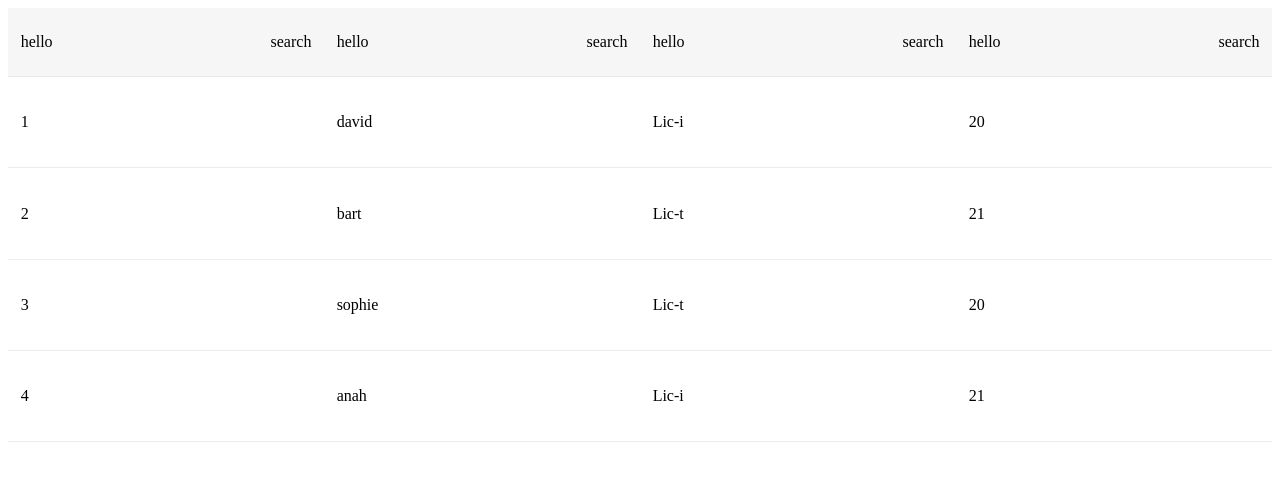
Repository: mrDav90/simple-htmlTable-generator
Page: index.html
The author's editor kept a copy of each file at every save. The page is drawn from the files as they stood at one save, then again after the next save.
The browser window is 1280 px wide. The pictures show the whole page.

Above is the page before, as saved 2022-08-09 18:07:47.

After the next save:
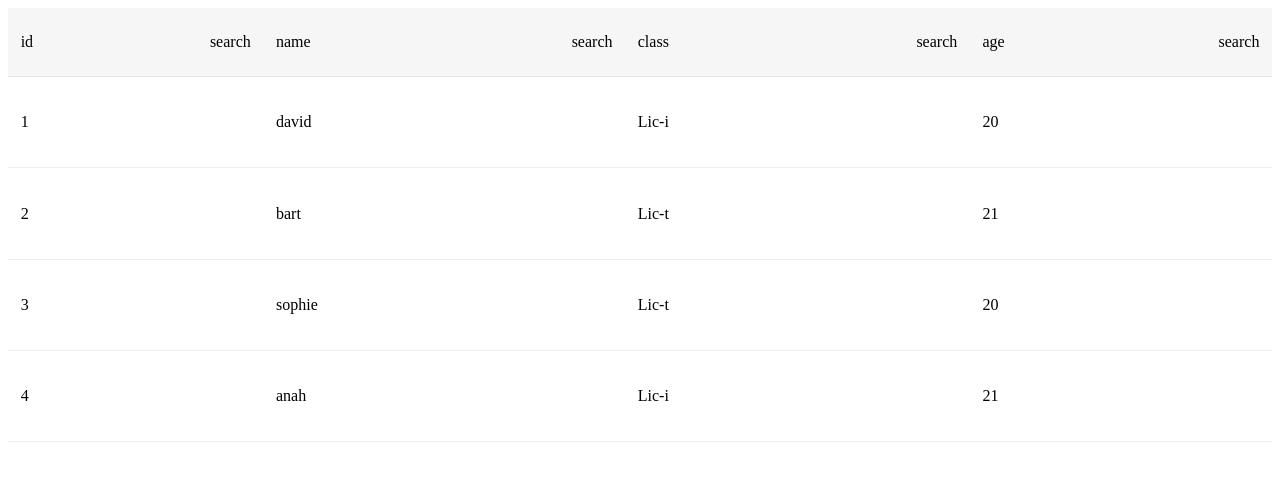
Saved 28 s later.
--- a/table.js
+++ b/table.js
@@ -35,7 +35,7 @@ document.addEventListener("DOMContentLoaded" , ()=> {
             div.style.display = "flex"
             div.style.justifyContent = "space-between"
             div1 = document.createElement("div");
-            div1.textContent = "hello"
+            div1.textContent = titles[i]
             div2 = document.createElement("div");
             div2.textContent = "search"
             div.appendChild(div1);
